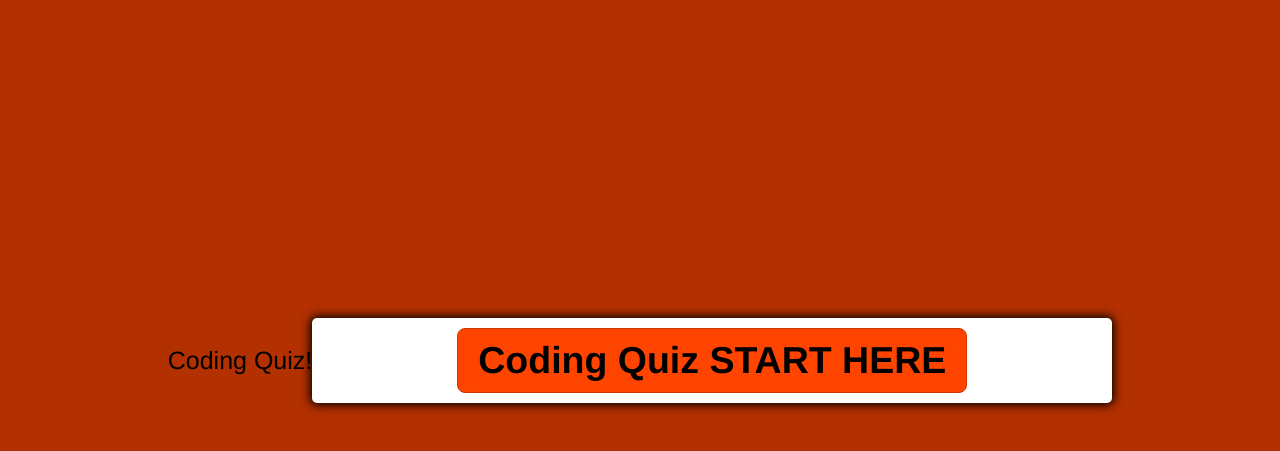
Repository: Vshepard879/Code-Quiz
Page: index.html
The author's editor kept a copy of each file at every save. The page is drawn from the files as they stood at one save, then again after the next save.
The browser window is 1280 px wide. The pictures show the whole page.

Above is the page before, as saved 2022-03-18 05:43:27.

### index.html
<!DOCTYPE html>
<html lang="en">
<head>
    <meta charset="UTF-8">
    <meta http-equiv="X-UA-Compatible" content="IE=edge">
    <meta name="viewport" content="width=device-width, initial-scale=1.0">
    <link href="./assets/css/style.css" link rel="stylesheet">
    <script defer src="./assets/js/script.js"></script>
    <title>Quiz App</title>
</head>

<body>
    <header>Coding Quiz!</header>
    <!--Start Quiz Container-->
    <div class="container">
        <div id="question-container" class="hide">
                <div id="question">Question</div>
                <div id="answer-buttons" class="btn-grid">
                <button class="btn">Answer 1</button>
                <button class="btn">Answer 2</button>
                <button class="btn">Answer 3</button>
                <button class="btn">Answer 4</button>
            </div>
        </div>
        <div class="controls">
            <button id="start-btn" class="start-btn btn">Coding Quiz START HERE</button>
            <button id="next-btn" class="next-btn btn hide">Next</button>
        </div>
    </div>
</body>
</html>

### assets/css/style.css
*, *::before, *::after {
    box-sizing: border-box;
    font-family: 'Franklin Gothic Medium', 'Arial Narrow', Arial, sans-serif;
    font-size: 25px;
}

:root {
    --hue-neutral: 16;
    --hue-wrong: 0;
    --hue-correct: 145;
}

header {
    display: flex;
    justify-content: center;
    align-items:baseline
}
body{
    --hue: var(--hue-neutral);
    padding: 0;
    margin: 0;
    display: flex;
    width: 100vw;
    height: 100vh;
    justify-content:center;
    align-items:center;
    background-color:hsl(var(--hue), 100%, 35%);
}
 body.container {
    --hue: var(--hue-neutral);
    padding: 0;
    margin: 0;
    display: flex;
    width: 100vw;
    height: 100vh;
    justify-content:center;
    align-items:center;
    background-color:hsl(var(--hue), 100%, 35%);
}


body.correct {
    --hue: var(--hue-correct);
}

body.wrong {
    --hue: var(--hue-wrong);
}


.container {
    width: 800px;
    max-width: 70%;
    background-color: white;
    border-radius: 5px;
    padding: 10px;
    box-shadow: 0 0 10px 2px;
}

.btn-grid {
    display: grid;
    grid-template-columns: repeat(2, auto);
    gap: 15px;
    margin: 20px 0;
}


.btn {
    --hue: var(--hue-neutral);
    border: 1px solid hsl(var(--hue),100%, 40%);
    background-color: hsl(var(--hue), 100%, 50%);
    border-radius: 8px;
    padding: 5px 10px;
    color: black;
    outline: none;
}

.btn:hover {
    border-color: black;
}

.btn.correct {
    --hue: var(--hue-correct)
}

.btn.wrong {
    --hue: var(--hue-wrong)
}

.start-btn, .next-btn {
    font-size: 1.5rem;
    font-weight: bold;
    padding: 10px 20px;
}

.controls {
    display: flex;
    justify-content: center;
    align-items: center;
    gap: 5px;
}

.hide {
    display: none;
}

### assets/js/script.js
const startButton = document.getElementById('start-btn')
const nextButton = document.getElementById('next-btn')
const questionContainerElement = document.getElementById('question-container')
const questionElement = document.getElementById( 'question')
const answerButtonsElement = document.getElementById('answer-buttons')
let shuffledQuestions, currentQuestionIndex

startButton.addEventListener('click', startQuiz)
nextButton.addEventListener('click', () => {
    currentQuestionIndex++
    setNextQuestion()
})
function startQuiz() {
startButton.classList.add('hide')
 shuffledQuestions = questions.sort(() => Math.random() - .5)
currentQuestionIndex = 0
questionContainerElement.classList.remove('hide')
setNextQuestion()
}

function setNextQuestion() {
    resetState()
    showQuestion(shuffledQuestions[currentQuestionIndex])
    }
function showQuestion(question) {
    questionElement.innerText =question.question
    question.answers.forEach(answer => {
        const button = document.createElement('button')
        button.innerText = answer.text
        button.classList.add('btn')
      if   (answer.correct) {
          button.dataset.correct = answer.correct
      }
      button.addEventListener('click', selectAnswer)
      answerButtonsElement.appendChild(button)
    })
}

function resetState() {
    nextButton.classList.add('hide')
    while (answerButtonsElement.firstChild) {
        answerButtonsElement.removeChild
        (answerButtonsElement.firstChild)
    }
}
function selectAnswer(v) {
const selectedButton = v.target
const correct =selectedButton.dataset.correct
setStatusClass(document.body, correct)
Array.from(answerButtonsElement.children).forEach(button => {
    setStatusClass(button, button.dataset.correct)
})
if (shuffledQuestions.length > currentQuestionIndex +1) {
    nextButton.classList.remove('hide')
} else {
    startButton.innerText = 'Restart'
    startButton.classList.remove('hide')
}
nextButton.classList.remove('hide')
}

function setStatusClass(element, correct) {
    clearStatusClass(element)
    if (correct) {
        element.classList.add('correct')
    } else {
        element.classList.add('wrong')
    }

    function clearStatusClass(element) {
        element.classList.remove('correct')
        element.classList.remove('wrong')
    }

}

const questions = [
    {
        question: 'Which of these is not one of the 3 Initial coding languages?',
        answers: [
            { text:'Python', correct: true},
            { text:'HTML', correct: false},
            { text:'CSS', correct: false},
            { text:'JavaScript', correct: false},
        ]
    },
    {
        question: 'What does the C in CSS stand for?',
        answers: [
            { text:'Chocolate', correct: false},
            { text:'Corporate', correct: false},
            { text:'Cascading', correct: true},
            { text:'Computer', correct: false},
        ]
    },
    {
        question: 'Arrays in Javascript can be used to store?',
        answers: [
            { text:'Numbers and Strings', correct: false},
            { text:'Booleans', correct: false},
            { text:'Other Arrays', correct: false},
            { text:'All of the above', correct: true},
        ]
    },
    {
        question: 'The condition in an if/else statement are store in?',
        answers: [
            { text:'Parenthesis', correct: true},
            { text:'curly brackets', correct: false},
            { text:'brackets', correct: false},
            { text:'commas', correct: false},
        ]},
        {
            question: 'A very useful tool during the development and debugging stage used to print to the debugger is?',
            answers: [
                { text:'Array', correct: false},
                { text:'.dataset', correct: false},
                { text:'console.log', correct: true},
                { text:'=>', correct: false},
            ]},
            {
                question: 'Commonly used data types do not include?',
                answers: [
                    { text:'Booleans', correct: false},
                    { text:'Strings', correct: false},
                    { text:'Numbers', correct: false},
                    { text:'Alerts', correct: true},
                ]},
            ]

After the next save:
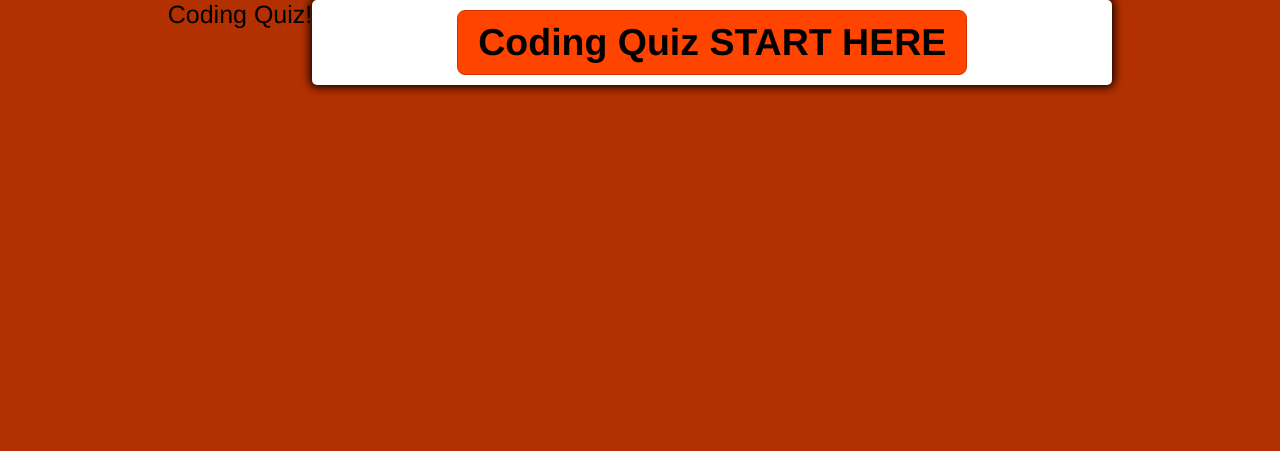
Saved 37 s later.
--- a/assets/css/style.css
+++ b/assets/css/style.css
@@ -23,20 +23,11 @@ body{
     width: 100vw;
     height: 100vh;
     justify-content:center;
-    align-items:center;
+    align-items:flex-start;
     background-color:hsl(var(--hue), 100%, 35%);
 }
- body.container {
-    --hue: var(--hue-neutral);
-    padding: 0;
-    margin: 0;
-    display: flex;
-    width: 100vw;
-    height: 100vh;
-    justify-content:center;
-    align-items:center;
-    background-color:hsl(var(--hue), 100%, 35%);
-}
+
+
 
 
 body.correct {
